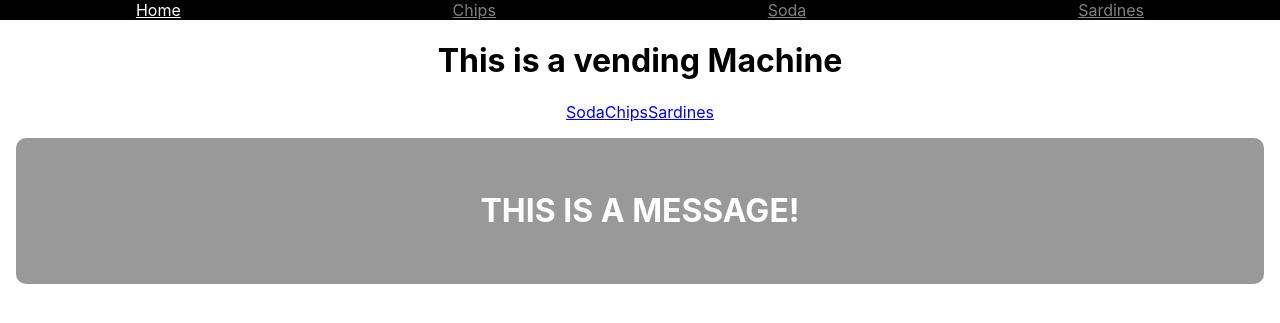
Repository: zhapar/vending-machine
Page: /
These files come from the project's save history. The page is drawn as it stood at one moment and after the next save; the edit follows.
The browser window is 1280 px wide. The pictures show the whole page.
The project was rebuilt for these pictures with package versions that can differ from the ones it lists, and the page was loaded fresh each time. Also part of the build but not shown: src/Chips.js, src/Sardines.js, src/Soda.js.

Above is the page before, as saved 2020-09-01 18:53:35.

### src/App.js
import React from "react";
import { Switch, Route } from "react-router-dom";
import Navbar from "./Navbar";
import VendingMachine from "./VendingMachine";
import Chips from "./Chips";
import Sardines from "./Sardines";
import Soda from "./Soda";
import "./App.css";

function App() {
  return (
    <div className="App">
      <Navbar />
      <Switch>
        <Route exact path="/" render={() => <VendingMachine />} />
        <Route exact path="/chips" render={() => <Chips />} />
        <Route exact path="/sardines" render={() => <Sardines />} />
        <Route exact path="/soda" render={() => <Soda />} />
      </Switch>
    </div>
  );
}

export default App;

### src/Navbar.js
import React, { Component } from "react";
import { NavLink } from "react-router-dom";
import "./Navbar.css";

class Chips extends Component {
  render() {
    return (
      <div className="Navbar">
        <NavLink exact activeClassName="Navbar-active" to="/">
          Home
        </NavLink>
        <NavLink exact activeClassName="Navbar-active" to="/chips">
          Chips
        </NavLink>
        <NavLink exact activeClassName="Navbar-active" to="/soda">
          Soda
        </NavLink>
        <NavLink exact activeClassName="Navbar-active" to="/sardines">
          Sardines
        </NavLink>
      </div>
    );
  }
}

export default Chips;

### src/VendingMachine.js
import React, { Component } from "react";
import { Link } from "react-router-dom";
import Message from "./Message";

class VendingMachine extends Component {
  render() {
    return (
      <div className="VendingMachine">
        <h1>This is a vending Machine</h1>
        <Link to="/soda">Soda</Link>
        <Link to="/chips">Chips</Link>
        <Link to="/sardines">Sardines</Link>
        <Message />
      </div>
    );
  }
}

export default VendingMachine;

### src/Navbar.css
.Navbar {
  display: flex;
  background-color: #000;
  justify-content: space-around;
  align-items: center;
}

.Navbar a {
  color: grey;
}

.Navbar a.Navbar-active {
  color: #ffffff;
}

### src/Message.js
import React, { Component } from "react";
import "./Message.css";

class Message extends Component {
  render() {
    return (
      <div className="Message">
        <h1>This is a message!</h1>
      </div>
    );
  }
}

export default Message;

### src/Message.css
.Message {
  padding: 2rem;
  margin: 1rem;
  background-color: rgba(0, 0, 0, 0.4);
  color: #ffffff;
  text-transform: uppercase;
  border-radius: 10px;
  text-align: center;
}

Loaded but not shown: public/index.html (common file); src/index.js (common file); src/index.css (common file); src/serviceWorker.js (common file); src/App.css (common file)

After the next save:
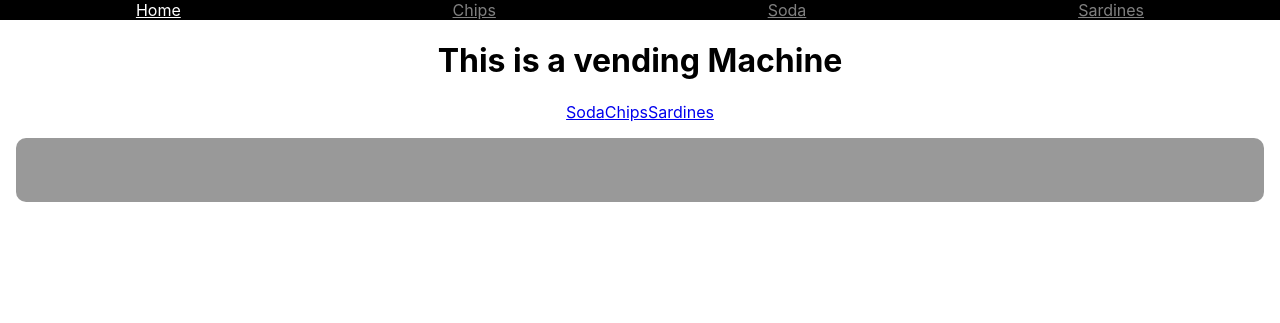
Saved 3 min 58 s later.
--- a/src/Message.js
+++ b/src/Message.js
@@ -3,11 +3,7 @@ import "./Message.css";
 
 class Message extends Component {
   render() {
-    return (
-      <div className="Message">
-        <h1>This is a message!</h1>
-      </div>
-    );
+    return <div className="Message">{this.props.children}</div>;
   }
 }
 
